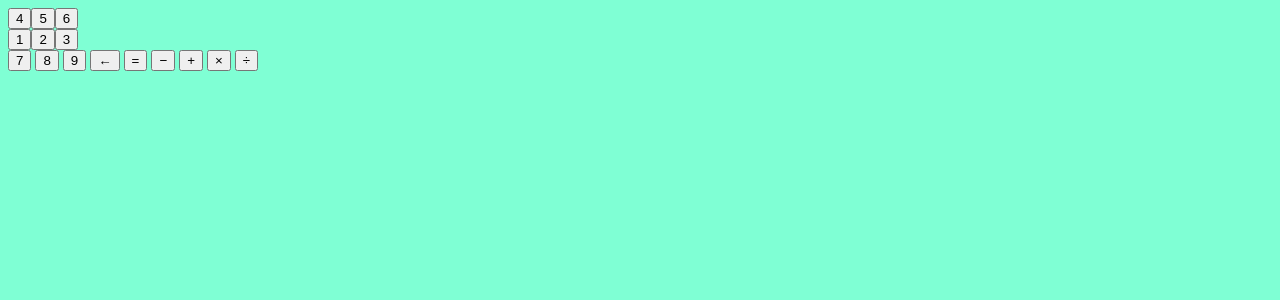
Repository: jontslater/LAB-calculator2
Page: index.html
The author's editor kept a copy of each file at every save. The page is drawn from the files as they stood at one save, then again after the next save.
The browser window is 1280 px wide. The pictures show the whole page.

Above is the page before, as saved 2023-10-12 13:52:52.

After the next save:
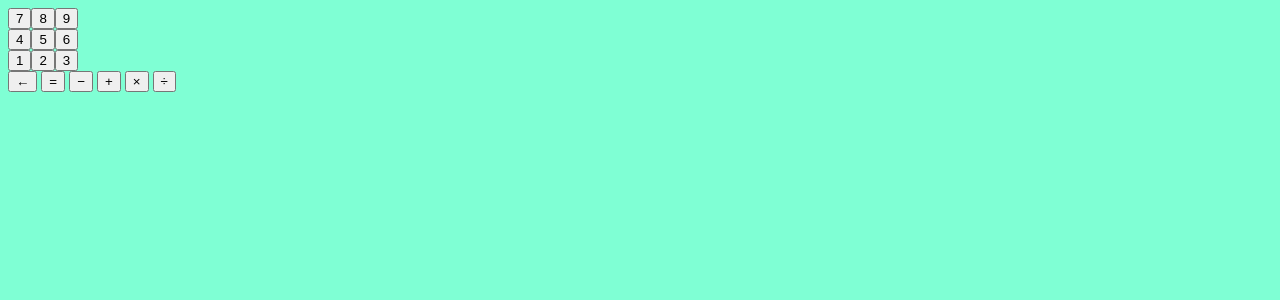
Saved 117 s later.
--- a/index.html
+++ b/index.html
@@ -7,19 +7,23 @@
   <link rel="stylesheet" href="main.css">
   <script src="main.js"></script>
   <table>
+    <button>7</button>
+    <button>8</button>
+    <button>9</button>
+  </table>
+
+  <table>
     <button>4</button>
     <button>5</button>
     <button>6</button>
   </table>
+
   <table>
     <button>1</button>
     <button>2</button>
     <button>3</button>
   </table>
 
-  <button>7</button>
-  <button>8</button>
-  <button>9</button>
   <button>&#8592;</button>
   <button>&#61;</button>
   <button>&#8722;</button>
